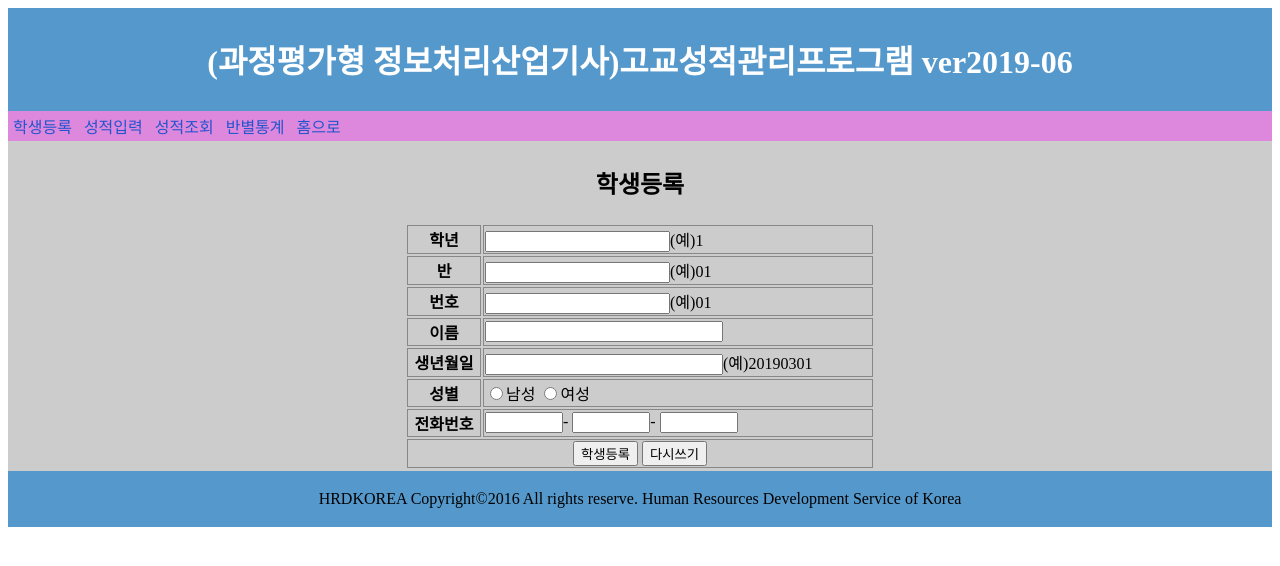
Repository: bolbbal/jdbc
Page: http://localhost/cbq_99/sub1.jsp
The author's editor kept a copy of each file at every save. The page is drawn from the files as they stood at one save, then again after the next save.
The browser window is 1280 px wide. The pictures show the whole page.
The page is served by Tomcat 9.

Above is the page before, as saved 2024-08-26 07:54:05.

After the next save:
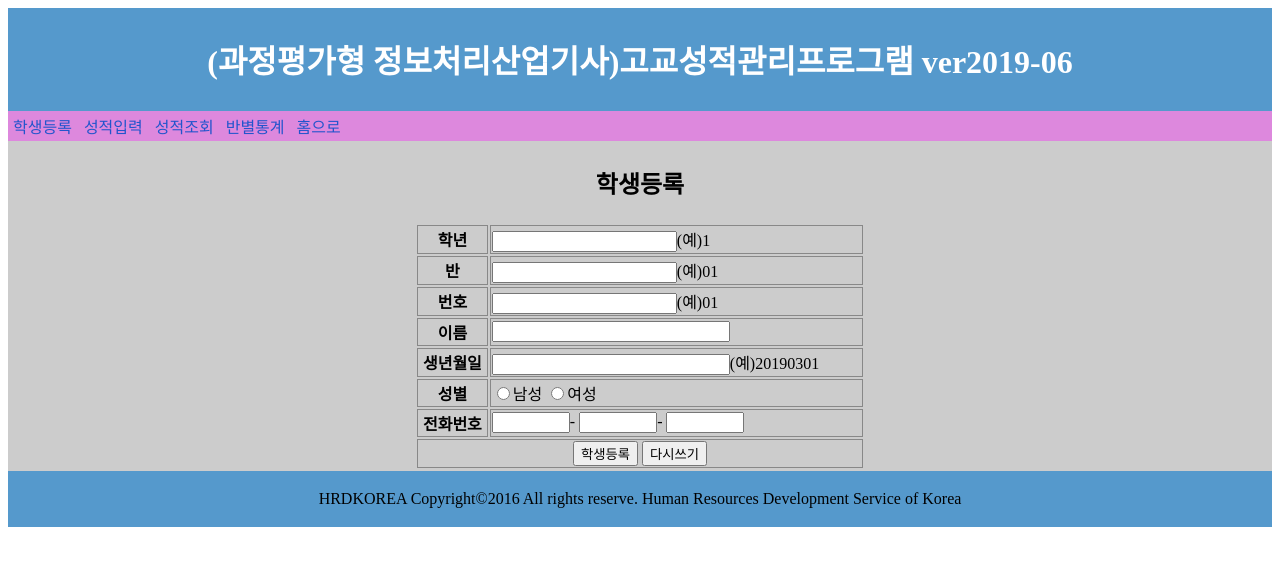
Saved 16 s later.
--- a/javastudy18/jspStudy/cbq_99/cbq_99/WebContent/sub1.jsp
+++ b/javastudy18/jspStudy/cbq_99/cbq_99/WebContent/sub1.jsp
@@ -61,7 +61,7 @@
 
 table {
 	margin: 0 auto;
-	width:470px;
+	width:450px;
 }
 </style>
 <script type="text/javascript">
